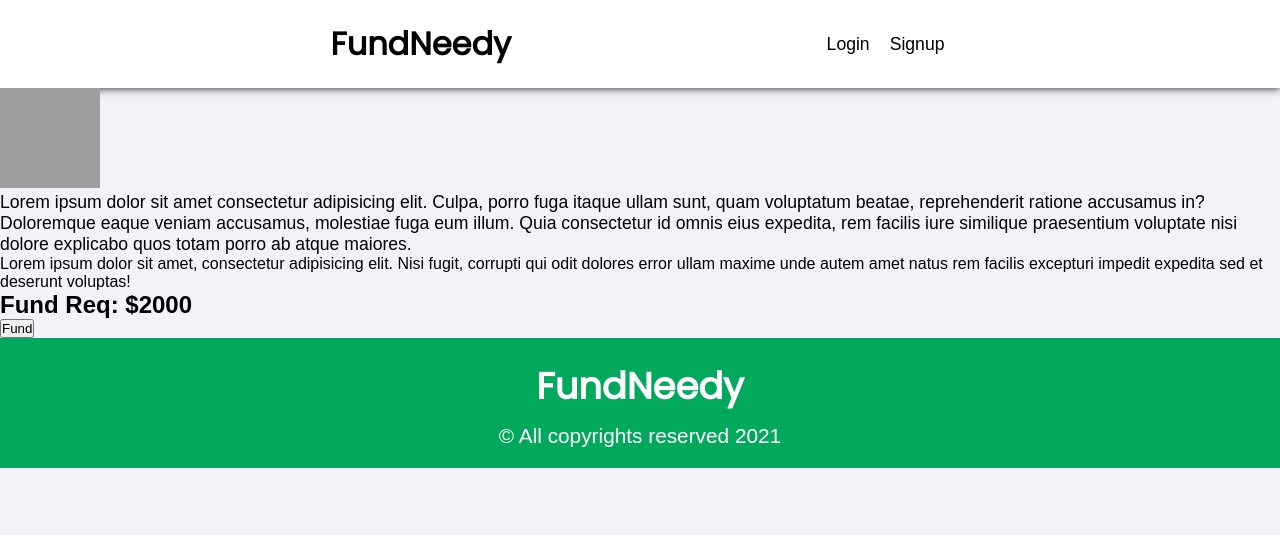
Repository: osdc/codejam
Page: /firmname (app in sassy-sandwiches/fund-needy/)
The author's editor kept a copy of each file at every save. The page is drawn from the files as they stood at one save, then again after the next save.
The browser window is 1280 px wide. The pictures show the whole page.
Pictures or frames that could not be fetched are drawn as grey boxes. The project was rebuilt for these pictures with package versions that can differ from the ones it lists, and the page was loaded fresh each time. Also part of the build but not shown: sassy-sandwiches/fund-needy/src/Showcase.css, sassy-sandwiches/fund-needy/src/Showcase.js, sassy-sandwiches/fund-needy/src/Needies.css, sassy-sandwiches/fund-needy/src/Needy.css, sassy-sandwiches/fund-needy/src/Needy.js, sassy-sandwiches/fund-needy/src/Needies.js.

Above is the page before, as saved 2021-01-09 22:00:32.

### sassy-sandwiches/fund-needy/src/App.js
import React from "react";
import "./App.css";
import Navbar from "./Navbar";
import Showcase from "./Showcase";
import Needies from "./Needies";
import Footer from "./Footer";
import { BrowserRouter as Router, Route, Switch } from "react-router-dom";
import FirmFund from "./FirmFund";

function App() {
  return (
    <div className="App">
      <Router>
        <Navbar />
        <Switch>
          <Route exact path="/" component={Showcase} />
          <Route path="/needies" component={Needies} />
          <Route path="/firmname" component={FirmFund} />
        </Switch>
        <Footer />
      </Router>
    </div>
  );
}

export default App;

### sassy-sandwiches/fund-needy/src/App.css
* {
  margin: 0;
  padding: 0;
  font-family: Arial, Helvetica, sans-serif;
}

body {
  background-color: #f3f2f8;
}

### sassy-sandwiches/fund-needy/src/Navbar.js
import React from "react";
import "./Navbar.css";

function Navbar() {
  return (
    <div className="navbar">
      <div className="navbar_logo">
        <h1>FundNeedy</h1>
      </div>
      <div className="navbar_login_signup">
        <button>Login</button>
        <button>Signup</button>
      </div>
    </div>
  );
}

export default Navbar;

### sassy-sandwiches/fund-needy/src/Footer.js
import React from "react";
import "./Footer.css";

function Footer() {
  return (
    <div className="footer">
      <h1>FundNeedy</h1>
      <p>© All copyrights reserved 2021</p>
    </div>
  );
}

export default Footer;

### sassy-sandwiches/fund-needy/src/FirmFund.js
import React from "react";
import "./FirmFund.css";

function FirmFund() {
  return (
    <div className="firmFund">
      <div className="firmFund_image">
        <img
          src="https://i.pinimg.com/originals/ba/fc/15/bafc1525cef9606c5c064694ca8e60fb.jpg"
          alt=""
        />
      </div>
      <div className="firmFund_about">
        <p>
          Lorem ipsum dolor sit amet consectetur adipisicing elit. Culpa, porro
          fuga itaque ullam sunt, quam voluptatum beatae, reprehenderit ratione
          accusamus in? Doloremque eaque veniam accusamus, molestiae fuga eum
          illum. Quia consectetur id omnis eius expedita, rem facilis iure
          similique praesentium voluptate nisi dolore explicabo quos totam porro
          ab atque maiores.
        </p>
      </div>
      <div className="firmFund_need">
        <p>
          Lorem ipsum dolor sit amet, consectetur adipisicing elit. Nisi fugit,
          corrupti qui odit dolores error ullam maxime unde autem amet natus rem
          facilis excepturi impedit expedita sed et deserunt voluptas!
        </p>
      </div>
      <div className="firmFund_fund">
        <h2>Fund Req: $2000</h2>
        <button>Fund</button>
      </div>
    </div>
  );
}

export default FirmFund;

### sassy-sandwiches/fund-needy/src/Navbar.css
@import url("https://fonts.googleapis.com/css2?family=Poppins&display=swap");

.navbar {
  display: flex;
  align-items: center;
  justify-content: space-evenly;
  padding: 20px;
  -webkit-box-shadow: 0px 1px 8px 0px rgba(0, 0, 0, 0.75);
  -moz-box-shadow: 0px 1px 8px 0px rgba(0, 0, 0, 0.75);
  box-shadow: 0px 1px 8px 0px rgba(0, 0, 0, 0.75);
  background-color: #fff;
  /* position: sticky; */
  top: 0;
  z-index: 10000;
}

.navbar_logo > h1 {
  font-family: "Poppins", sans-serif;
}

.navbar_login_signup {
  display: flex;
  align-items: center;
  justify-content: space-between;
}

.navbar_login_signup > button:nth-of-type(1) {
  margin-right: 10px;
}

.navbar_login_signup > button {
  padding: 5px;
  font-size: 1.1rem;
  outline: none;
  border: none;
  background-color: #fff;
  cursor: pointer;
  width: 100%;
}

### sassy-sandwiches/fund-needy/src/Footer.css
.footer {
  text-align: center;
  background-color: #02a95c;
  color: #fff;
  padding: 20px;
}

.footer > h1 {
  font-size: 2.3rem;
  font-family: "Poppins";
}

.footer > p {
  font-size: 1.3rem;
  font-weight: 400;
  margin-top: 10px;
}

### sassy-sandwiches/fund-needy/src/FirmFund.css
.firmFund_image > img {
  height: 100px;
  width: 100px;
}

.firmFund_about > p {
  font-size: 1.1rem;
}

Loaded but not shown: sassy-sandwiches/fund-needy/public/index.html (common file); sassy-sandwiches/fund-needy/src/index.js (common file); sassy-sandwiches/fund-needy/src/index.css (common file)

After the next save:
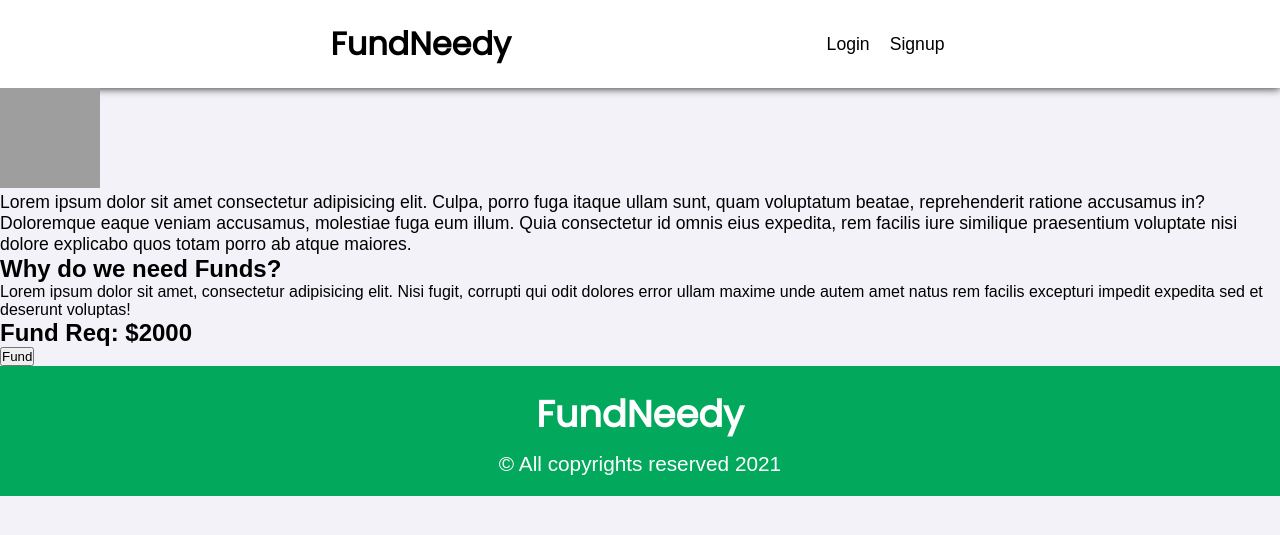
Saved 26 s later.
--- a/sassy-sandwiches/fund-needy/src/FirmFund.js
+++ b/sassy-sandwiches/fund-needy/src/FirmFund.js
@@ -21,6 +21,7 @@ function FirmFund() {
         </p>
       </div>
       <div className="firmFund_need">
+        <h2>Why do we need Funds?</h2>
         <p>
           Lorem ipsum dolor sit amet, consectetur adipisicing elit. Nisi fugit,
           corrupti qui odit dolores error ullam maxime unde autem amet natus rem
